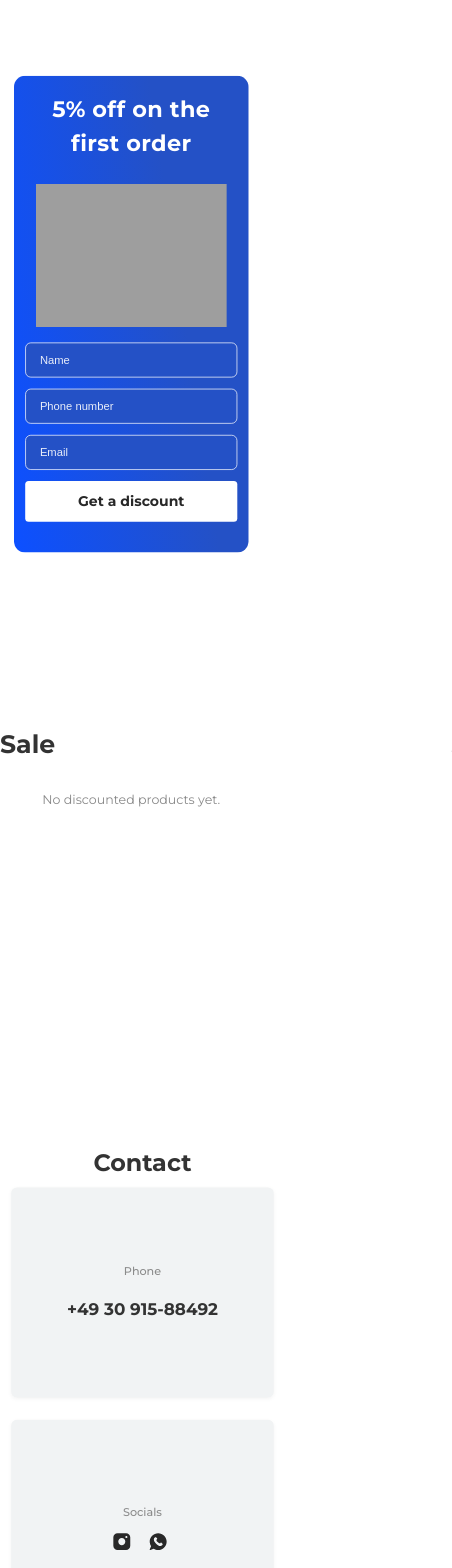
Repository: jursylian/PET-INTERNET-SHOP-PROJECT
Page: /
The author's editor kept a copy of each file at every save. The page is drawn from the files as they stood at one save, then again after the next save.
The browser window is 375 px wide. The page is 645 px wide, so the pictures cover 645 px, including what lies to the right of the window. The pictures show the part of the page from y = 1426 to 3666 px (the page is 4710 px tall), at 70% of full size.
Pictures or frames that could not be fetched are drawn as grey boxes. The page's requests for data from a server got no answer. The project was rebuilt for these pictures with package versions that can differ from the ones it lists, and the page was loaded fresh each time. No one was signed in, and anything a server would have sent is missing. Also part of the build but not shown: vite.config.js, src/pages/CategoriesAll/CategoriesAll.module.css, src/layouts/PageSection/PageSection.module.css, src/layouts/PageSection/PageSection.jsx, src/pages/CategoriesAll/CategoriesAll.jsx, src/redux/productsSelectors.js, src/components/ProductFilter/ProductFilter.module.css, src/components/ProductFilter/ProductFilter.jsx and 22 more.

Above is the page before, as saved 2025-11-06 19:42:44.

After the next save:
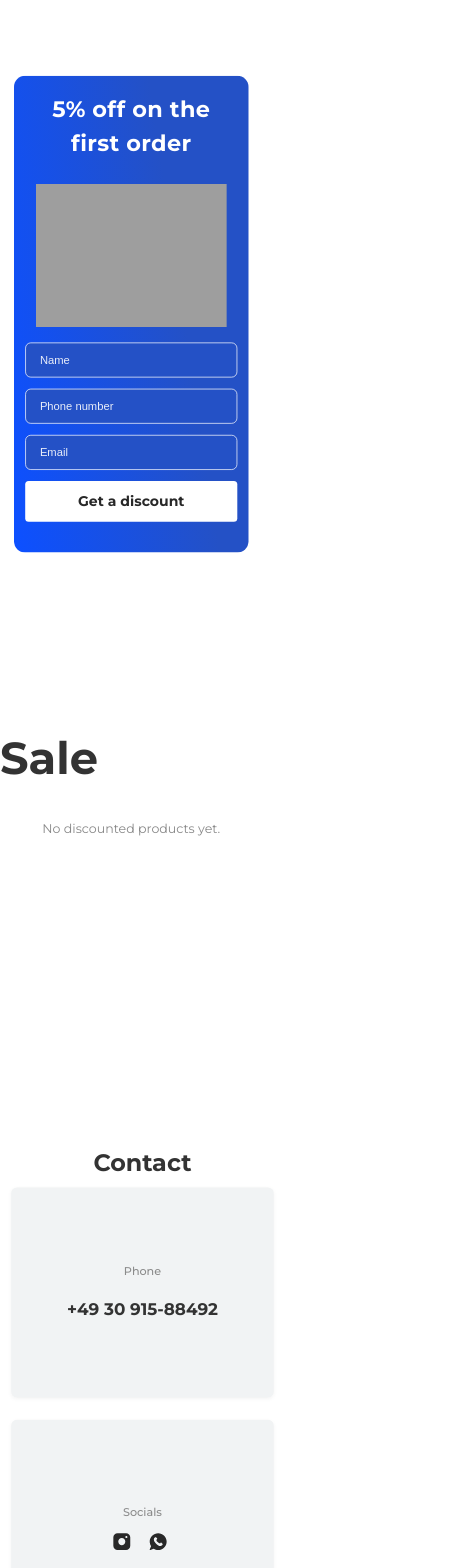
Saved 2 min 39 s later.
--- a/src/components/SaleSection/SaleSection.module.css
+++ b/src/components/SaleSection/SaleSection.module.css
@@ -14,18 +14,17 @@
   margin-bottom: 40px;
 }
 
+.line {
+  width: 1100px;
+  height: 1px;
+  background-color: #dddddd;
+}
+
 .sectionTitle {
   font-family: Montserrat;
   font-weight: 700;
   font-size: 64px;
   margin-right: 32px;
-}
-
-.line {
-  flex: 1;
-  height: 1px;
-  background-color: #dddddd;
-  margin-right: -1px;
 }
 
 .showAllButton {
@@ -55,7 +54,6 @@
   display: grid;
   grid-template-columns: repeat(4, 1fr);
   gap: 32px;
-  justify-items: center;
 }
 
 .card {
@@ -99,6 +97,7 @@
   text-align: center;
   margin: 16px 0 8px 10px;
   padding: 0 12px;
+
   font-weight: 500;
   font-size: 20px;
   line-height: 130%;
@@ -155,52 +154,3 @@
   color: #888;
   margin-top: 40px;
 }
-
-@media (max-width: 1280px) {
-  .cardsGrid {
-    grid-template-columns: repeat(3, 1fr);
-  }
-}
-
-@media (max-width: 900px) {
-  .cardsGrid {
-    grid-template-columns: repeat(2, 1fr);
-  }
-
-  .sectionTitle {
-    font-size: 48px;
-  }
-}
-
-@media (max-width: 600px) {
-  .header {
-    flex-direction: column;
-    align-items: center;
-    gap: 16px;
-  }
-
-  .sectionTitle {
-    font-size: 36px;
-    margin-right: 0;
-  }
-
-  .line {
-    width: 100%;
-    margin: 0;
-  }
-
-  .showAllButton {
-    font-size: 14px;
-    padding: 6px 10px;
-  }
-
-  .cardsGrid {
-    grid-template-columns: 1fr;
-    gap: 24px;
-  }
-
-  .cardImage {
-    width: 90%;
-    height: auto;
-  }
-}
